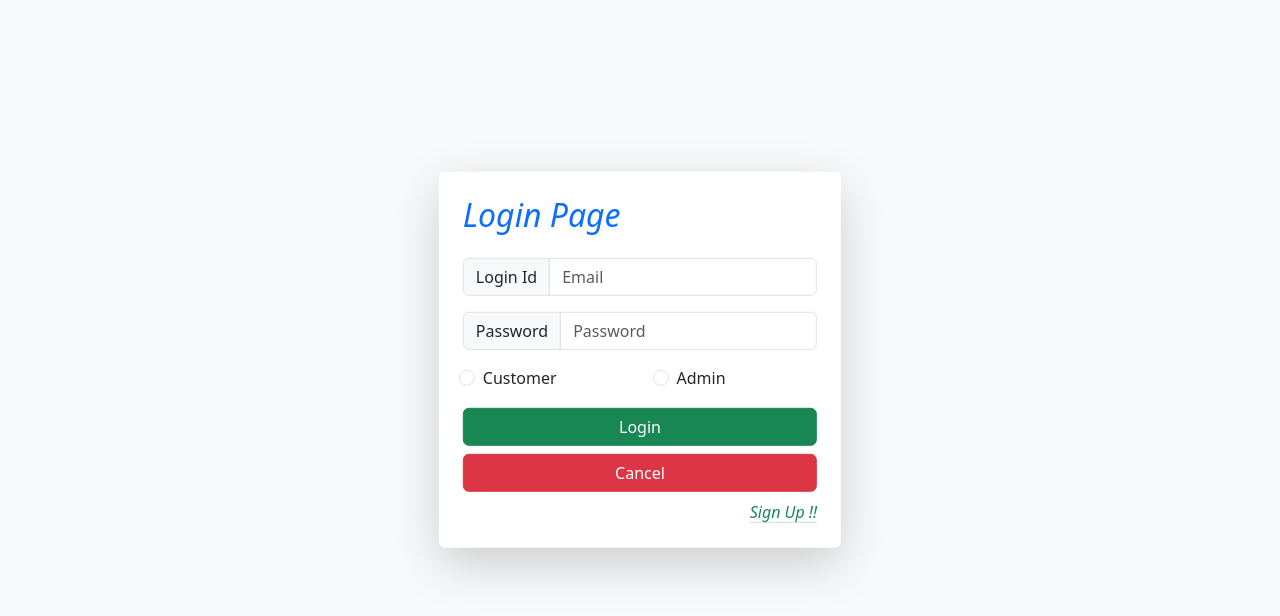
Repository: Niket-mishra/Dummy
Page: http://localhost/Mini-Project/Login.jsp
An editor plug-in stored every save of this project. The page is shown before and after the next save, followed by the edit.
The browser window is 1280 px wide. The pictures show the whole page.
The page is served by Tomcat 10.

Above is the page before, as saved 2024-05-07 17:06:49.

After the next save:
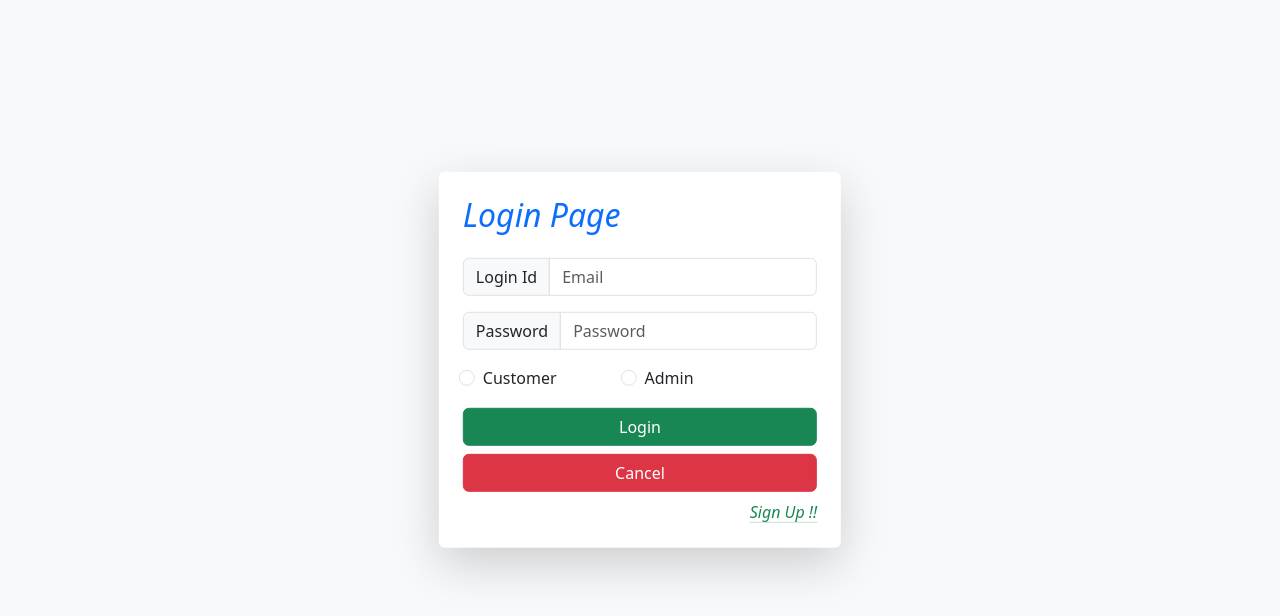
Saved 16 s later.
--- a/Mini-Project/src/main/webapp/Login.jsp
+++ b/Mini-Project/src/main/webapp/Login.jsp
@@ -26,7 +26,7 @@
     <input type="radio" class="form-check-input" id="validationFormCheck2" name="usertype" required>
     <label class="form-check-label" for="validationFormCheck2">Customer</label>
   </div>
-  <div class="form-check col-auto ms-5">
+  <div class="form-check col-auto ms-3">
     <input type="radio" class="form-check-input" id="validationFormCheck3" name="usertype" required>
     <label class="form-check-label" for="validationFormCheck3">Admin</label>
     <div class="invalid-feedback">Select anyone to Login</div>
